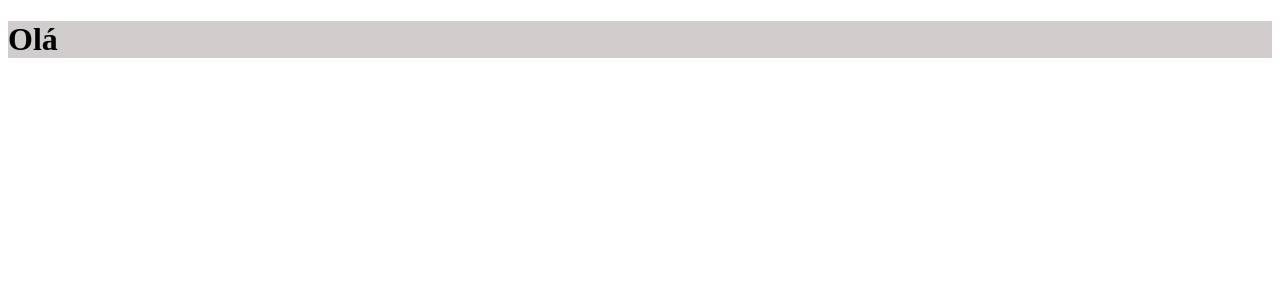
Repository: guilhermecardoso93/imagesapp
Page: /
An editor plug-in stored every save of this project. The page is shown before and after the next save, followed by the edit.
The browser window is 1280 px wide. The pictures show the whole page.
The project was rebuilt for these pictures with package versions that can differ from the ones it lists, and the page was loaded fresh each time.

Above is the page before, as saved 2022-11-13 21:47:17.

### src/index.tsx
import React from 'react';
import ReactDOM from 'react-dom/client';
import { App } from './App';
import reportWebVitals from './reportWebVitals';

const root = ReactDOM.createRoot(
  document.getElementById('root') as HTMLElement
);
root.render(
  <React.StrictMode>
    <App />
  </React.StrictMode>
);

// If you want to start measuring performance in your app, pass a function
// to log results (for example: reportWebVitals(console.log))
// or send to an analytics endpoint. Learn more: https://bit.ly/CRA-vitals
reportWebVitals();

### src/App.tsx
import { Container } from "./App.styles";

export function App() {
  return (
    <Container>
      <h1>Olá</h1>
    </Container>
  );
}

### src/App.styles.ts
import styled from "styled-components";

export const Container = styled.div`
  background-color: #5444;
`

Loaded but not shown: public/index.html (common file); src/reportWebVitals.ts (common file); src/global.css (common file)

After the next save:
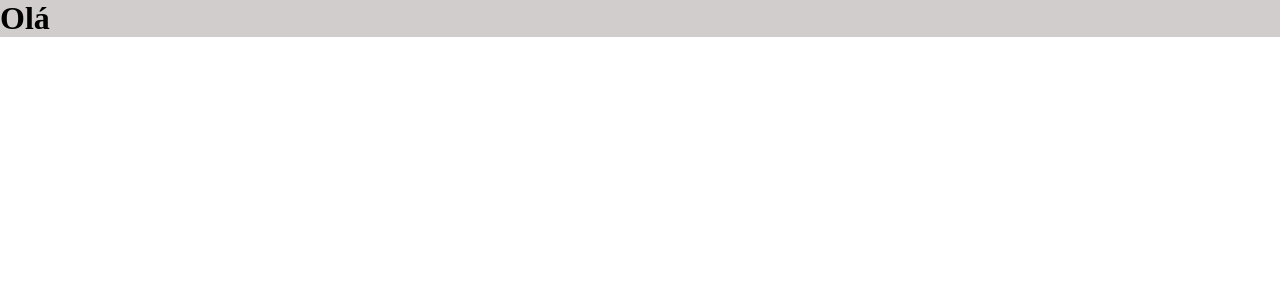
Saved 21 s later.
--- a/src/index.tsx
+++ b/src/index.tsx
@@ -2,6 +2,8 @@ import React from 'react';
 import ReactDOM from 'react-dom/client';
 import { App } from './App';
 import reportWebVitals from './reportWebVitals';
+
+import './global.css'
 
 const root = ReactDOM.createRoot(
   document.getElementById('root') as HTMLElement
